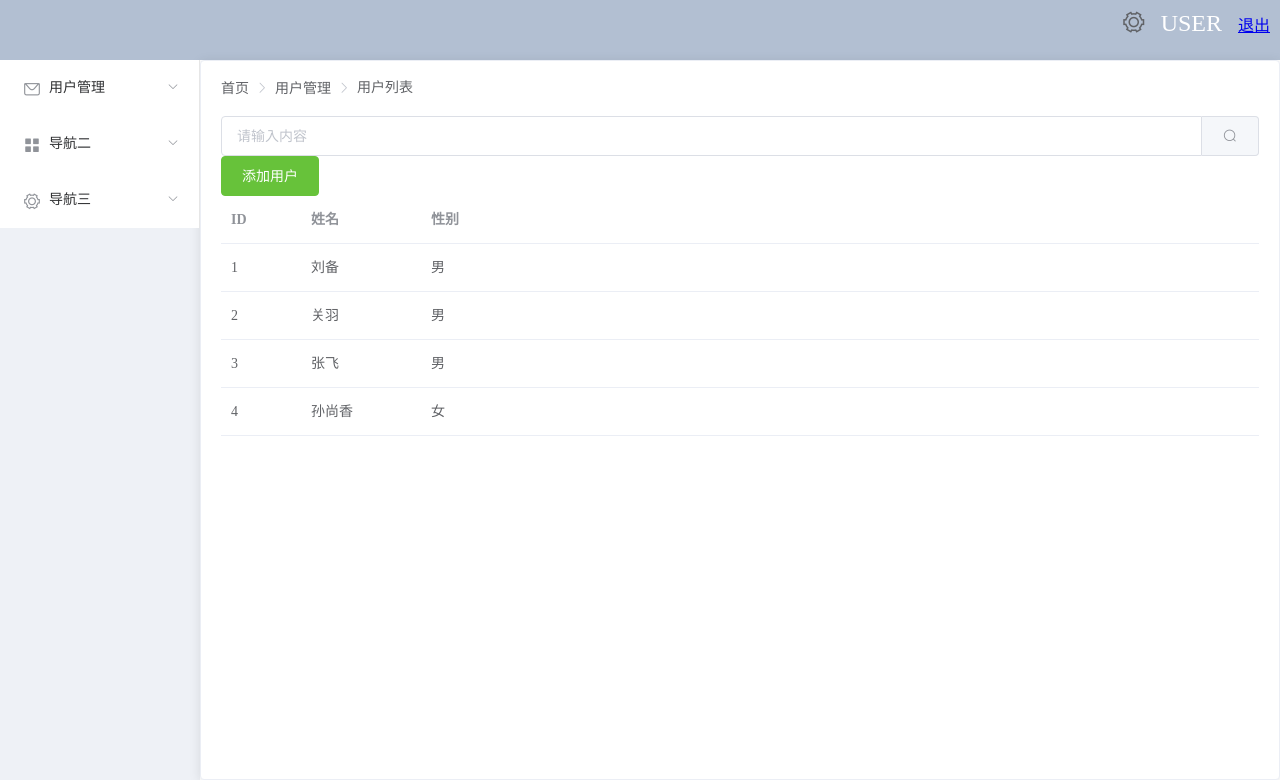
Repository: euphor1azzy/testlist
Page: /#/users (app in list/)
The author's editor kept a copy of each file at every save. The page is drawn from the files as they stood at one save, then again after the next save.
The browser window is 1280 px wide. The pictures show the whole page.
The project was rebuilt for these pictures with package versions that can differ from the ones it lists, and the page was loaded fresh each time. Requests to the local data server were answered from the project's data file. Also part of the build but not shown: list/src/utils/validate.js, list/src/views/login/login.vue.

Above is the page before, as saved 2020-08-27 14:20:54.

After the next save:
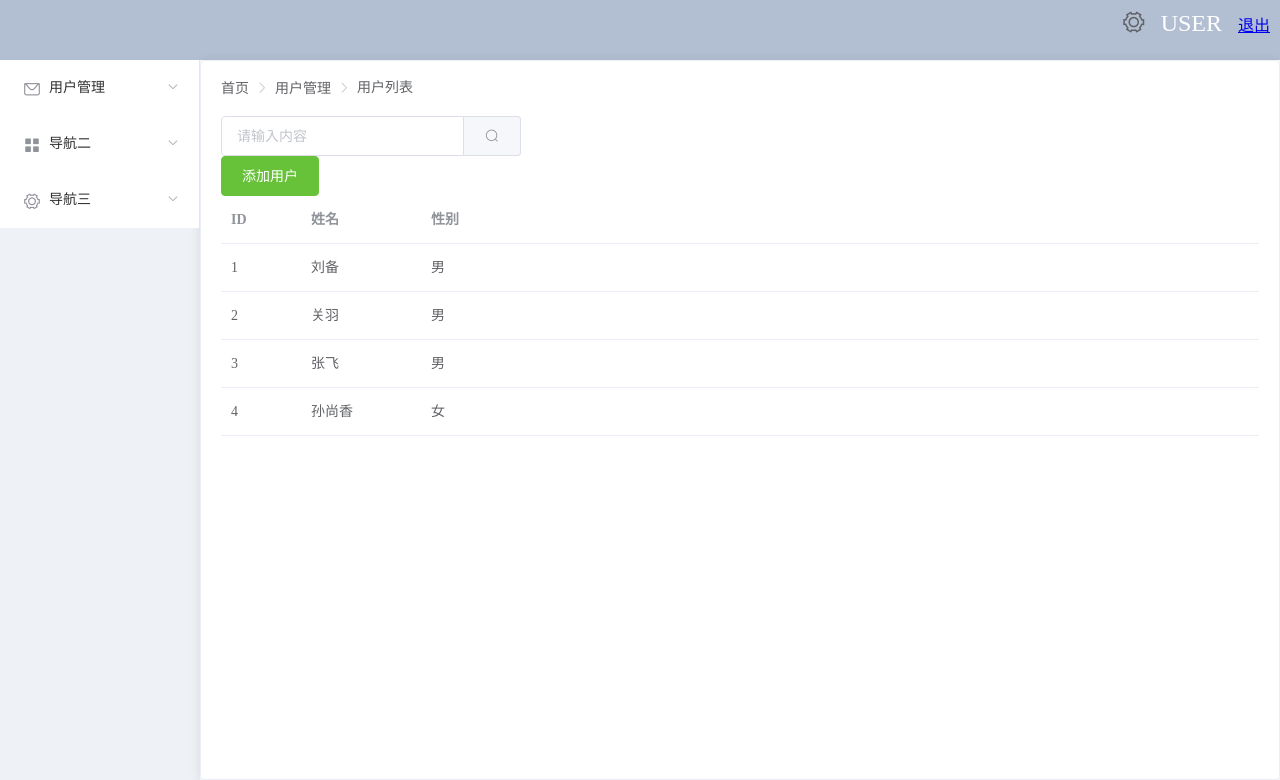
Saved 3 min 15 s later.
--- a/list/src/components/users/users.vue
+++ b/list/src/components/users/users.vue
@@ -18,7 +18,7 @@
         </el-input>
         </el-col>
 
-        <el-button style="btn-adduser" type="success">添加用户</el-button>
+        <el-button  type="success">添加用户</el-button>
 
     </el-row>
     <!-- 表格 -->
@@ -47,7 +47,7 @@ created() {
   name: "list",
   data() {
     return {
-        query:'',
+      query:'',
       items: [],
       name: "",
       gender: "",
@@ -66,6 +66,7 @@ created() {
 }
 .searchC {
   margin-top: 20px;
+   width: 300px;
 }
 .btn-adduser{
   margin: 10px;
